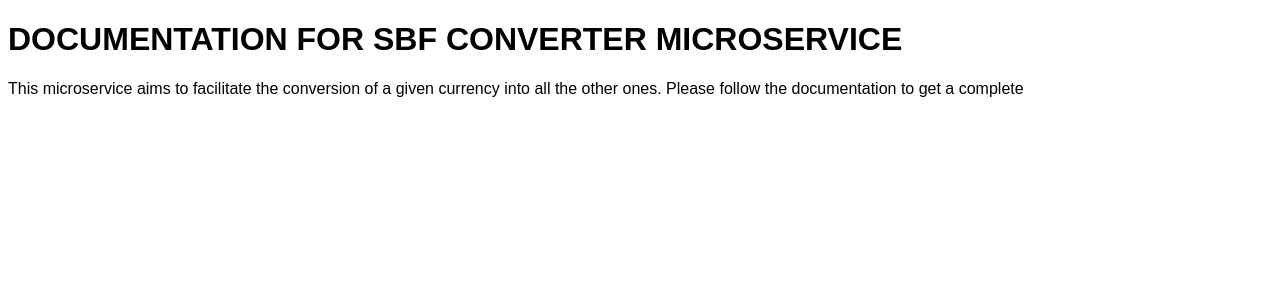
Repository: miguelamello/nestjs-restful-api
Page: documentation.html
An editor plug-in stored every save of this project. The page is shown before and after a run of saves, followed by the edit.
The browser window is 1280 px wide. The pictures show the whole page.

Above is the page before, as saved 2023-03-21 21:47:57.

### documentation.html
<!DOCTYPE html>
<html lang="en">
<head>
  <meta charset="UTF-8">
  <meta http-equiv="X-UA-Compatible" content="IE=edge">
  <meta name="viewport" content="width=device-width, initial-scale=1.0">
  <title>SBF Converter Documentation</title>
  <style>
    body {
      font-family: Arial, Helvetica, sans-serif;
    }
  </style>
</head>
<body>
  <H1>DOCUMENTATION FOR SBF CONVERTER MICROSERVICE</H1>
  <p>This microservice aims to facilitate the conversion of a given currency
    into all the other ones. Please follow the documentation to get a complete
  </p>
</body>
</html>

After the next 3 saves:
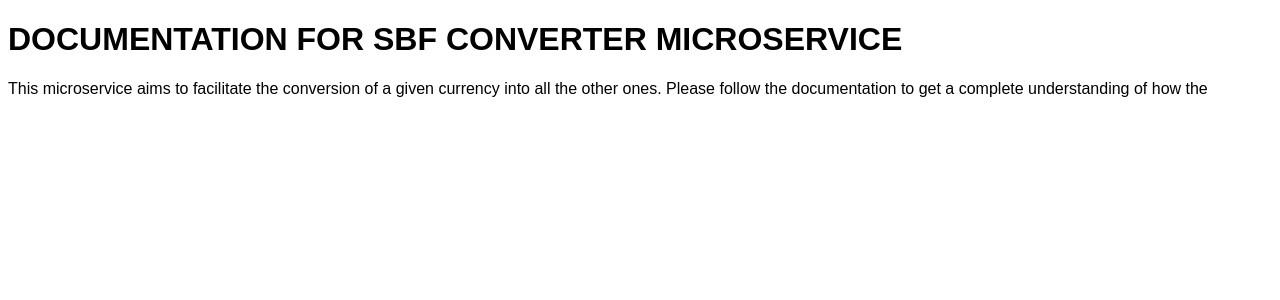
The 3 saves are shown as one change because they came seconds apart.
The last was saved 9 s later.
--- a/documentation.html
+++ b/documentation.html
@@ -15,6 +15,6 @@
   <H1>DOCUMENTATION FOR SBF CONVERTER MICROSERVICE</H1>
   <p>This microservice aims to facilitate the conversion of a given currency
     into all the other ones. Please follow the documentation to get a complete
-  </p>
+  understanding of how the </p>
 </body>
 </html>
